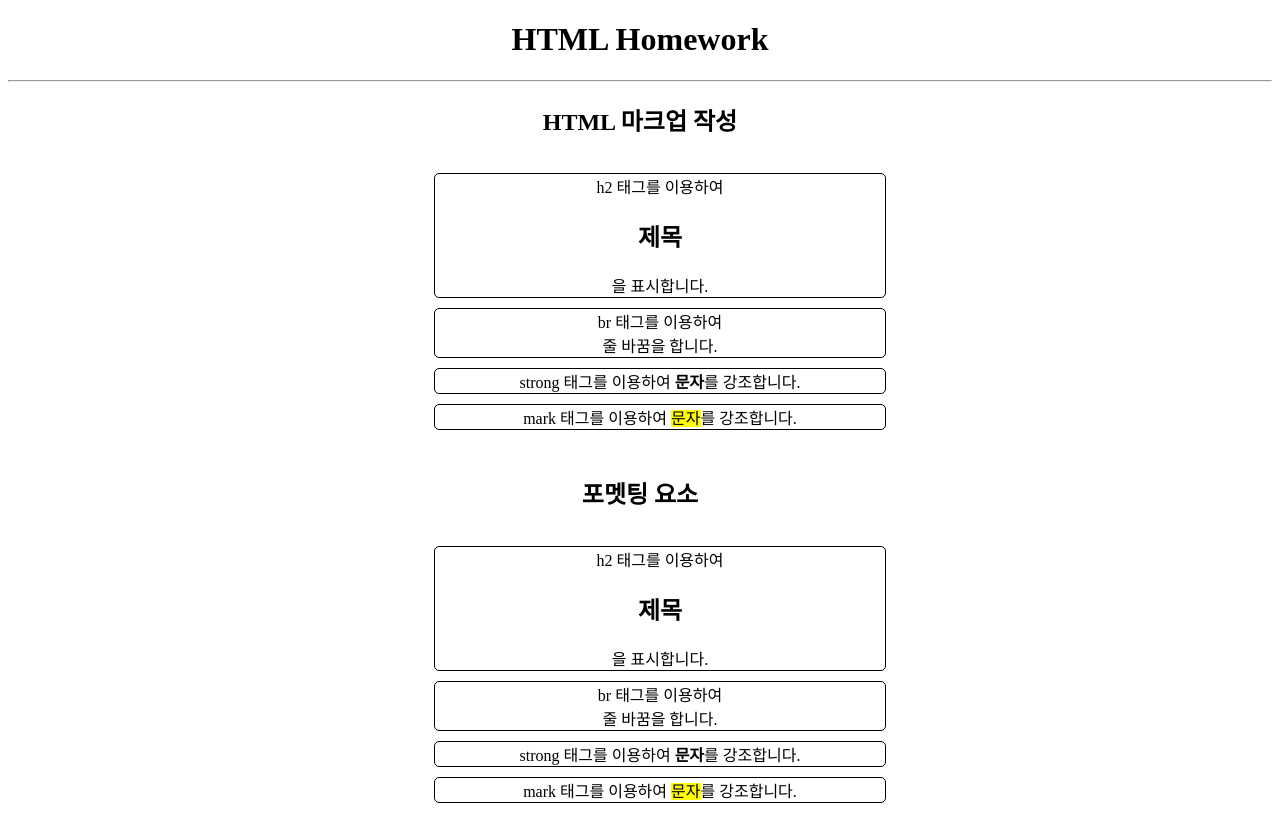
Repository: Cheol-Cheol/KOSA
Page: Kcc_web/Html/WebContent/mission/homework.html
The author's editor kept a copy of each file at every save. The page is drawn from the files as they stood at one save, then again after the next save.
The browser window is 1280 px wide. The pictures show the whole page.

Above is the page before, as saved 2024-07-08 10:50:01.

### Kcc_web/Html/WebContent/mission/homework.html
<!DOCTYPE html>
<html>
<head>
<meta charset="UTF-8">
<title>Insert title here</title>

<style>
.ul-flex {
	display: flex;
	justify-content: center;
}

ul {
	list-style-type: none;
}

li {
	border: 1px solid black;
	width: 450px;
	margin-bottom: 10px;
	border-radius: 5px;
	width: 450px
}
</style>
</head>
<body style="text-align: center">
	<header>
		<h1>HTML Homework</h1>
		<hr />
	</header>

	<section>
		<h2>HTML 마크업 작성</h2>

		<div class="ul-flex">
			<ul>
				<li>h2 태그를 이용하여
					<h2>제목</h2>을 표시합니다.
				</li>
				<li>br 태그를 이용하여 <br />줄 바꿈을 합니다.
				</li>
				<li>strong 태그를 이용하여 <strong>문자</strong>를 강조합니다.
				</li>
				<li>mark 태그를 이용하여 <mark>문자</mark>를 강조합니다.
				</li>
			</ul>
		</div>
	</section>

	<section>
		<h2>포멧팅 요소</h2>

		<div class="ul-flex">
			<ul>
				<li>h2 태그를 이용하여
					<h2>제목</h2>을 표시합니다.
				</li>
				<li>br 태그를 이용하여 <br />줄 바꿈을 합니다.
				</li>
				<li>strong 태그를 이용하여 <strong>문자</strong>를 강조합니다.
				</li>
				<li>mark 태그를 이용하여 <mark>문자</mark>를 강조합니다.
				</li>
			</ul>
		</div>
	</section>


</body>
</html>

After the next save:
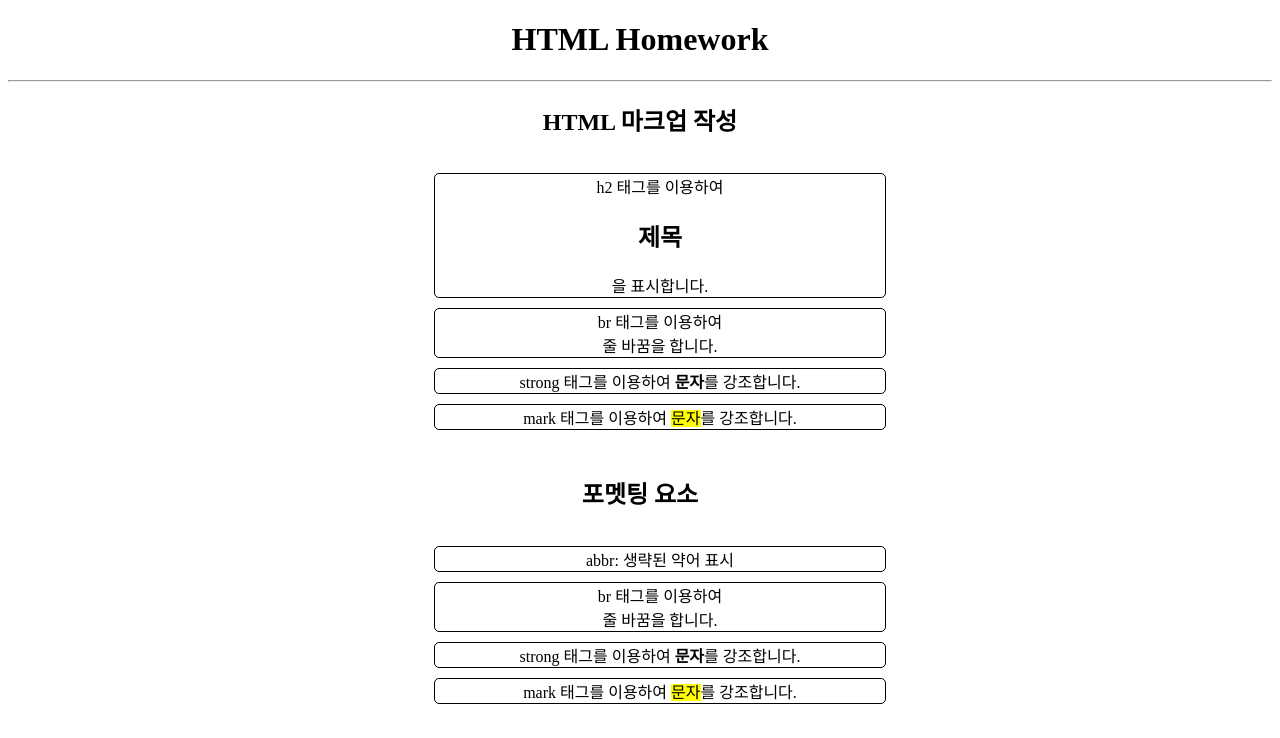
Saved 32 s later.
--- a/Kcc_web/Html/WebContent/mission/homework.html
+++ b/Kcc_web/Html/WebContent/mission/homework.html
@@ -52,8 +52,7 @@ li {
 
 		<div class="ul-flex">
 			<ul>
-				<li>h2 태그를 이용하여
-					<h2>제목</h2>을 표시합니다.
+				<li>abbr: 생략된 <abbr>약어</abbr> 표시
 				</li>
 				<li>br 태그를 이용하여 <br />줄 바꿈을 합니다.
 				</li>
